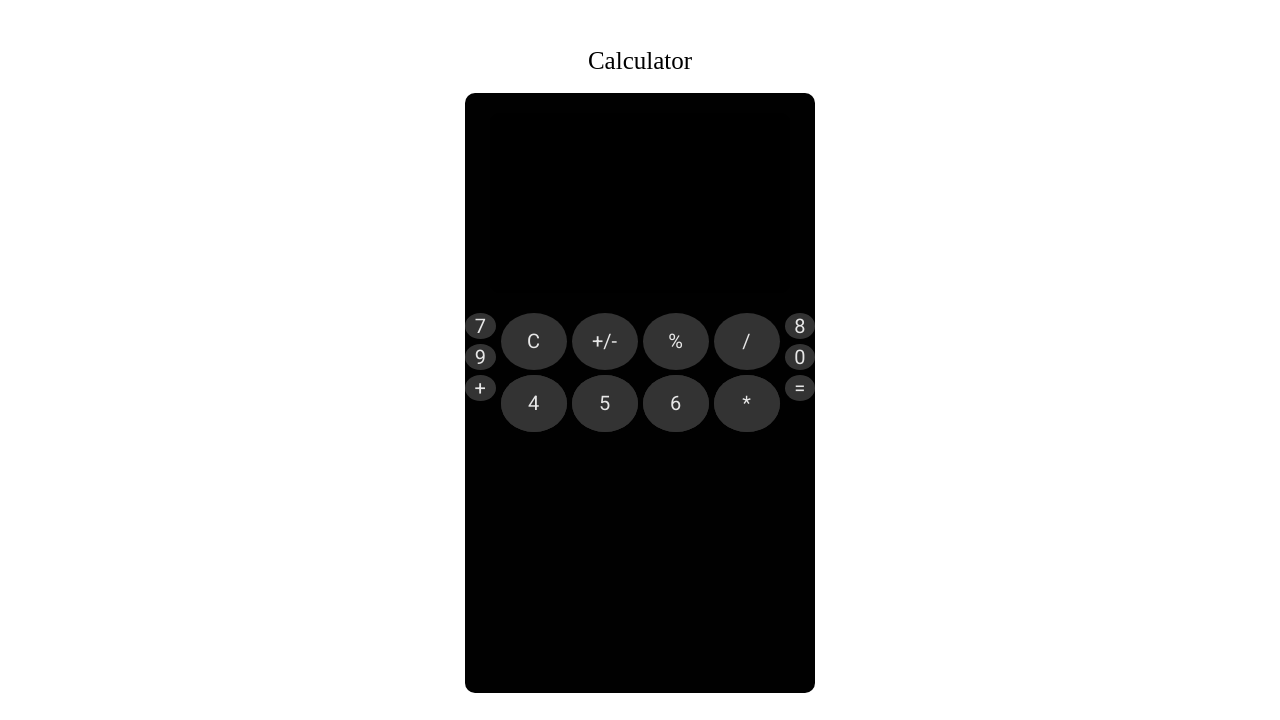
Repository: Gibon9/SimpleCalc
Page: index.html
An editor plug-in stored every save of this project. The page is shown before and after the next save, followed by the edit.
The browser window is 1280 px wide. The pictures show the whole page.
Some web fonts or font styles are not loaded; a fallback is used.

Above is the page before, as saved 2020-11-27 19:21:27.

After the next save:
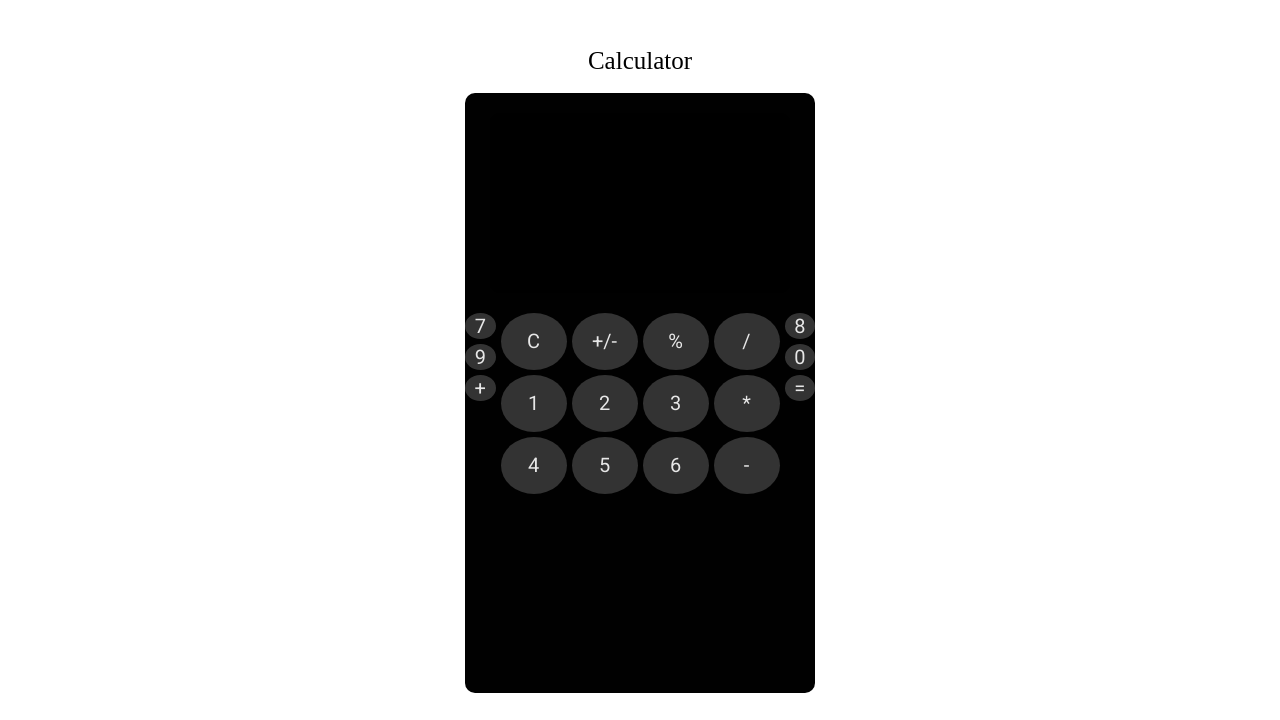
Saved 37 s later.
--- a/style/style.css
+++ b/style/style.css
@@ -106,20 +106,20 @@
 
 .four-btn {
   grid-column: 2/4;
-  grid-row: 3/5;
+  grid-row: 5/7;
 }
 
 .five-btn {
   grid-column: 4/6;
-  grid-row: 3/5;
+  grid-row: 5/7;
 }
 
 .six-btn {
   grid-column: 6/8;
-  grid-row: 3/5;
+  grid-row: 5/7;
 }
 
 .minus-btn {
   grid-column: 8/10;
-  grid-row: 3/5;
+  grid-row: 5/7;
 }
